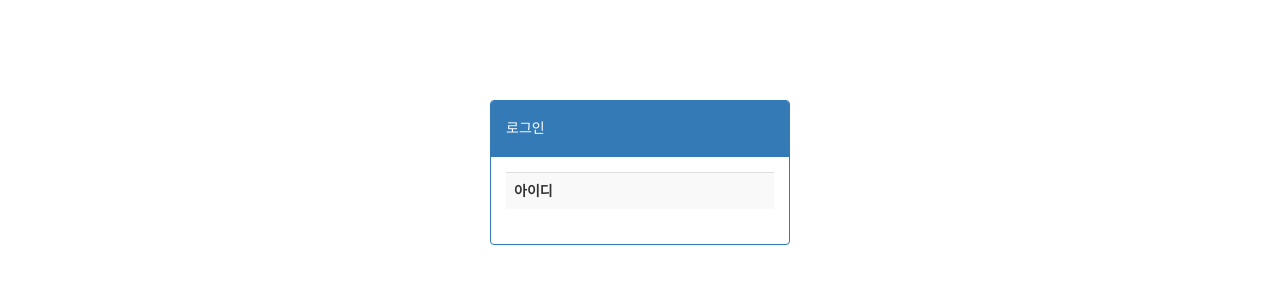
Repository: simDev1234/WebStudy
Page: http://localhost/2022_0607_PhotoGallery/member/login_form.do
These files come from the project's save history. The page is drawn as it stood at one moment and after a run of saves; the edit follows.
The browser window is 1280 px wide. The pictures show the whole page.
The page is served by Tomcat 9. Other server files are loaded and not shown.

Above is the page before, as saved 2022-06-07 08:16:02.

### _01_상반기_WebStudy/2022_0607_PhotoGallery/src/main/webapp/member/member_login_form.jsp
<%@ page language="java" contentType="text/html; charset=UTF-8"
    pageEncoding="UTF-8"%>
<!DOCTYPE html>
<html>
<head>
<meta charset="UTF-8">
<!-- Bootstrap 3.x -->
<link rel="stylesheet" href="https://maxcdn.bootstrapcdn.com/bootstrap/3.4.1/css/bootstrap.min.css">
<script src="https://ajax.googleapis.com/ajax/libs/jquery/3.6.0/jquery.min.js"></script>
<script src="https://maxcdn.bootstrapcdn.com/bootstrap/3.4.1/js/bootstrap.min.js"></script>
<style type="text/css">
    #box{
       width : 300px;
       margin : auto;
       margin-top : 100px;
    }
</style>
<title>Insert title here</title>
</head>
<body>
   <form>
      <div id = "box">
         <div class="panel panel-primary">
		    <div class="panel-heading"><h5>로그인</h5></div>
		    <div class="panel-body">
		       <table class = "table table-striped">
		           <tr>
		             <th>아이디</th>
		             <td></td>
		           </tr>
		       </table>
		    </div>
		 </div>
      </div>
   </form>
</body>
</html>

### _01_상반기_WebStudy/2022_0607_PhotoGallery/src/main/java/action/member/MemberLoginFormAction.java
package action.member;

import java.io.IOException;
import javax.servlet.RequestDispatcher;
import javax.servlet.ServletException;
import javax.servlet.annotation.WebServlet;
import javax.servlet.http.HttpServlet;
import javax.servlet.http.HttpServletRequest;
import javax.servlet.http.HttpServletResponse;

/**
 * Servlet implementation class MemberLoginFormAction
 */
@WebServlet("/member/login_form.do")
public class MemberLoginFormAction extends HttpServlet {
	private static final long serialVersionUID = 1L;

	/**
	 * @see HttpServlet#HttpServlet()
	 */
	public MemberLoginFormAction() {
		super();
		// TODO Auto-generated constructor stub
	}

	/**
	 * @see HttpServlet#service(HttpServletRequest request, HttpServletResponse response)
	 */
	protected void service(HttpServletRequest request, HttpServletResponse response)
			throws ServletException, IOException {

		//forward
		String forward_page = "member_login_form.jsp";
		RequestDispatcher disp = request.getRequestDispatcher(forward_page);
		disp.forward(request, response);

	}

}

After the next 2 saves:
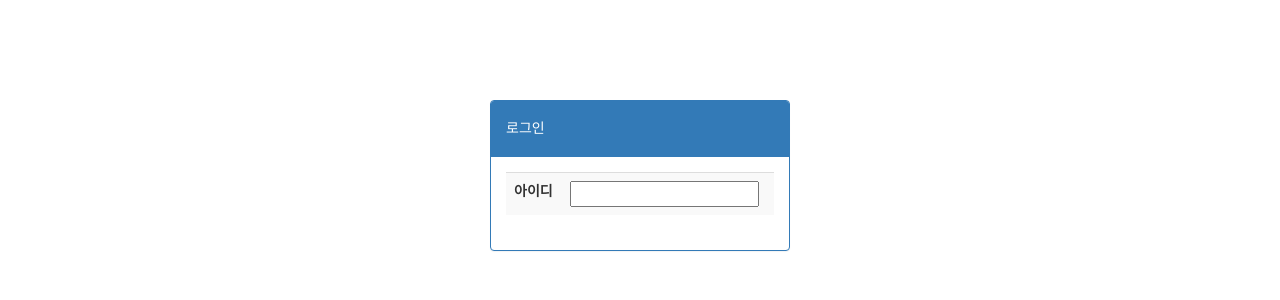
The 2 saves are shown as one change because they came seconds apart.
The last was saved 12 s later.
--- a/_01_상반기_WebStudy/2022_0607_PhotoGallery/src/main/webapp/member/member_login_form.jsp
+++ b/_01_상반기_WebStudy/2022_0607_PhotoGallery/src/main/webapp/member/member_login_form.jsp
@@ -26,7 +26,7 @@
 		       <table class = "table table-striped">
 		           <tr>
 		             <th>아이디</th>
-		             <td></td>
+		             <td><input name = "m_id"></td>
 		           </tr>
 		       </table>
 		    </div>
